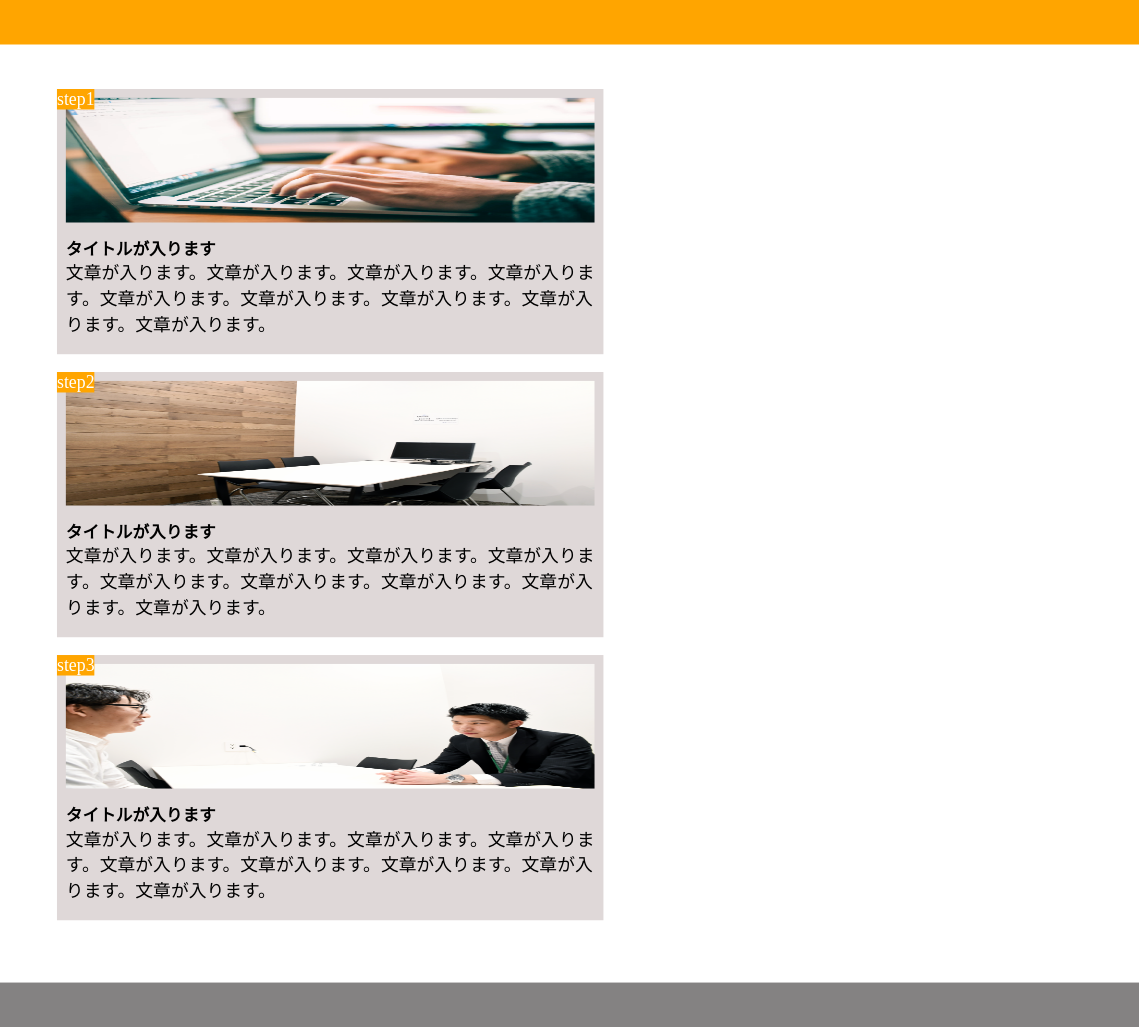
Repository: ishidaryu/ishidaryu
Page: HW/HW.html
The author's editor kept a record of every edit. The page is drawn from the files as they stood at one moment, then again after the next edit.
The browser window is 1280 px wide. The pictures show the whole page, at 89% of full size.

Above is the page before.

After the next edit:
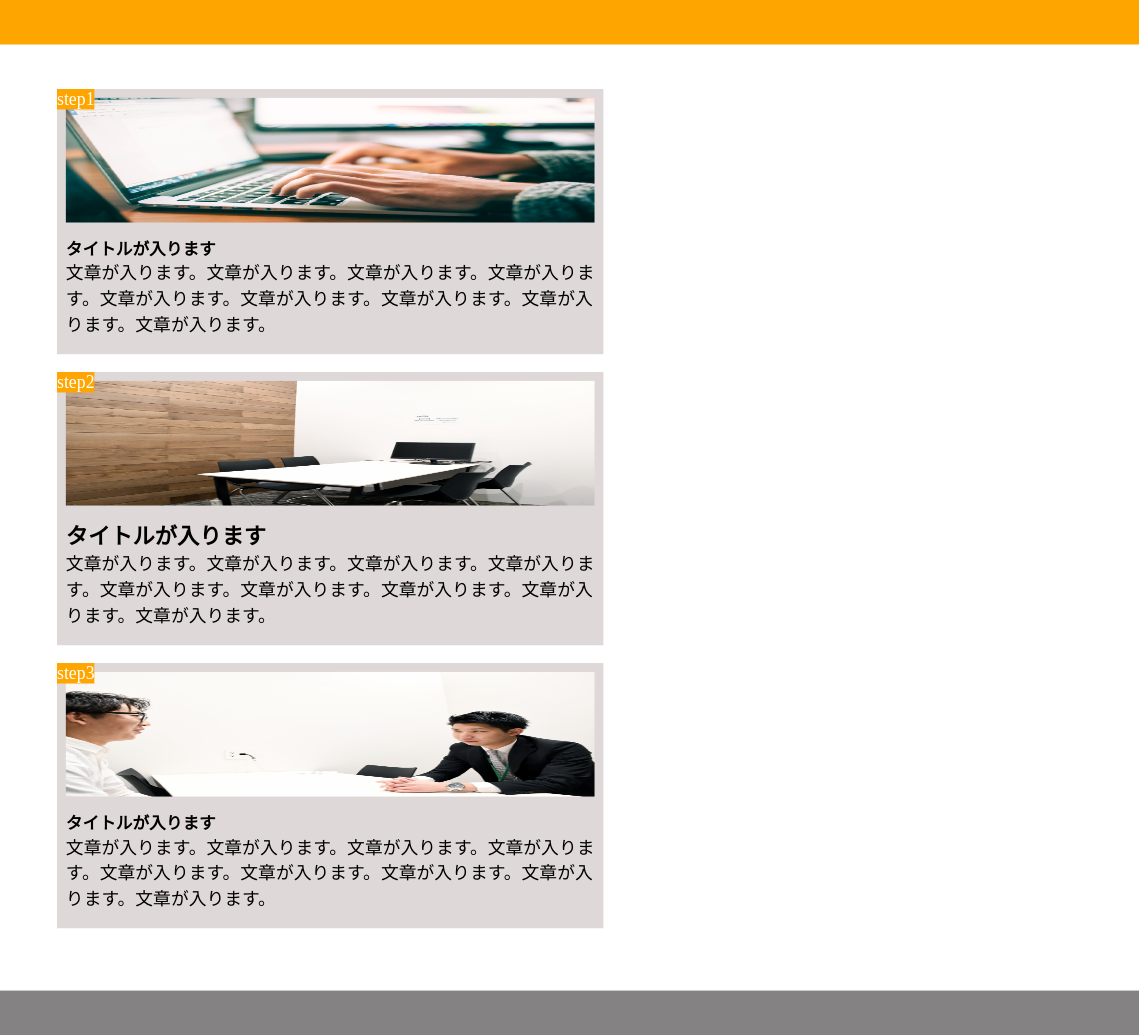
The edit:
--- a/HW/HW.html
+++ b/HW/HW.html
@@ -47,7 +47,7 @@
 
                 <section class="blog-text">
                   <h3 class="blog-text-headimg">
-                    <p>
+                    <p class="blog-title">
                       タイトルが入ります
                     </p>
                   </h3>
